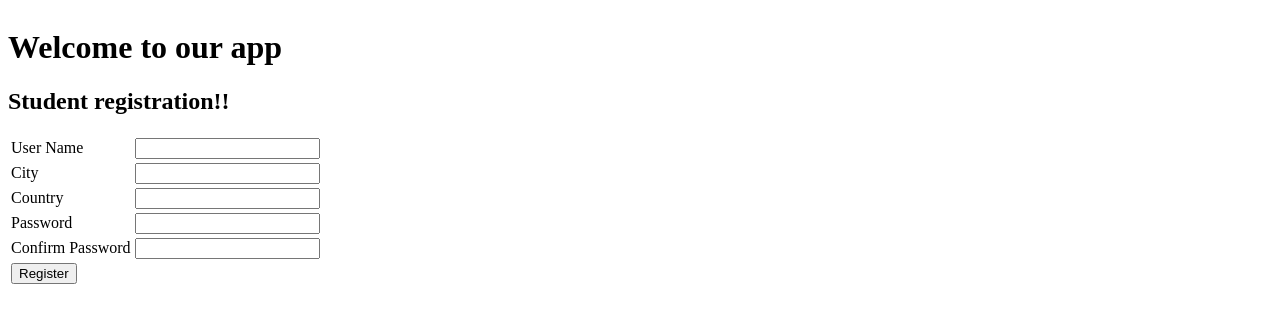
Repository: sultanaNargis03/IndustryReadyJavaSpringBoot
Page: Servlet/workspace/Learningportal/src/main/webapp/register.html
These files come from the project's save history. The page is drawn as it stood at one moment and after the next save; the edit follows.
The browser window is 1280 px wide. The pictures show the whole page.

Above is the page before, as saved 2023-12-07 14:49:10.

### Servlet/workspace/Learningportal/src/main/webapp/register.html
<!DOCTYPE html>
<html>
<head>
<meta charset="ISO-8859-1">
<title>Registration</title>
</head>
<body style="align-content: center">
<h1>Welcome to our app</h1>
<h2>Student registration!!</h2>
<form action="./reg">
	<table>
		<tr>
			<td>User Name</td>
			<td><input type="text" name="uname"</td>
		</tr>
		<tr>
			<td>City</td>
			<td><input type="text" name="city"</td>
		</tr>

		<tr>
			<td>Country</td>
			<td><input type="text" name="country"</td>
		</tr>
		<tr>
			<td>Password</td>
			<td><input type="password" name="password"</td>
		</tr>
		<tr>
			<td>Confirm Password</td>
			<td><input type="password" name="cpassword"</td>
		</tr>
		<tr>
			<td><input type="submit" value="Register"</td>
		</tr>
	</table>
</form>

</body>
</html>

After the next save:
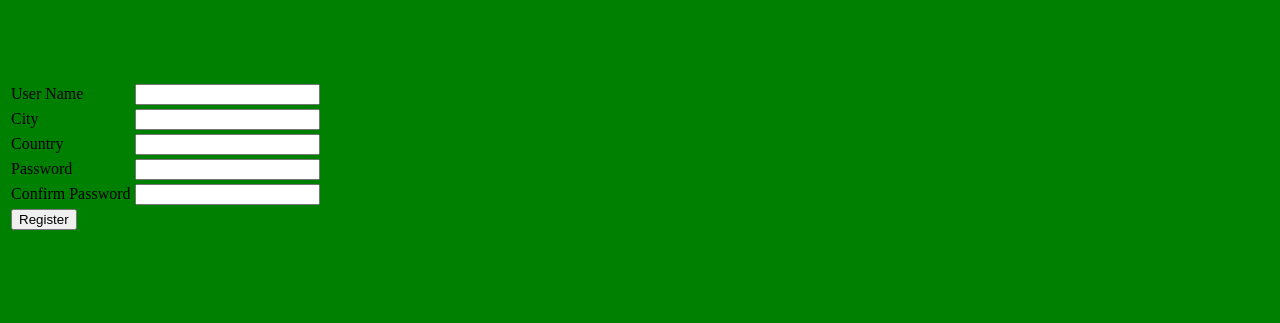
Saved 53 s later.
--- a/Servlet/workspace/Learningportal/src/main/webapp/register.html
+++ b/Servlet/workspace/Learningportal/src/main/webapp/register.html
@@ -4,9 +4,8 @@
 <meta charset="ISO-8859-1">
 <title>Registration</title>
 </head>
-<body style="align-content: center">
-<h1>Welcome to our app</h1>
-<h2>Student registration!!</h2>
+<body style="align-content: center" bgcolor="green">
+<h2><marquee>Student registration!!</marquee></h2>
 <form action="./reg">
 	<table>
 		<tr>
